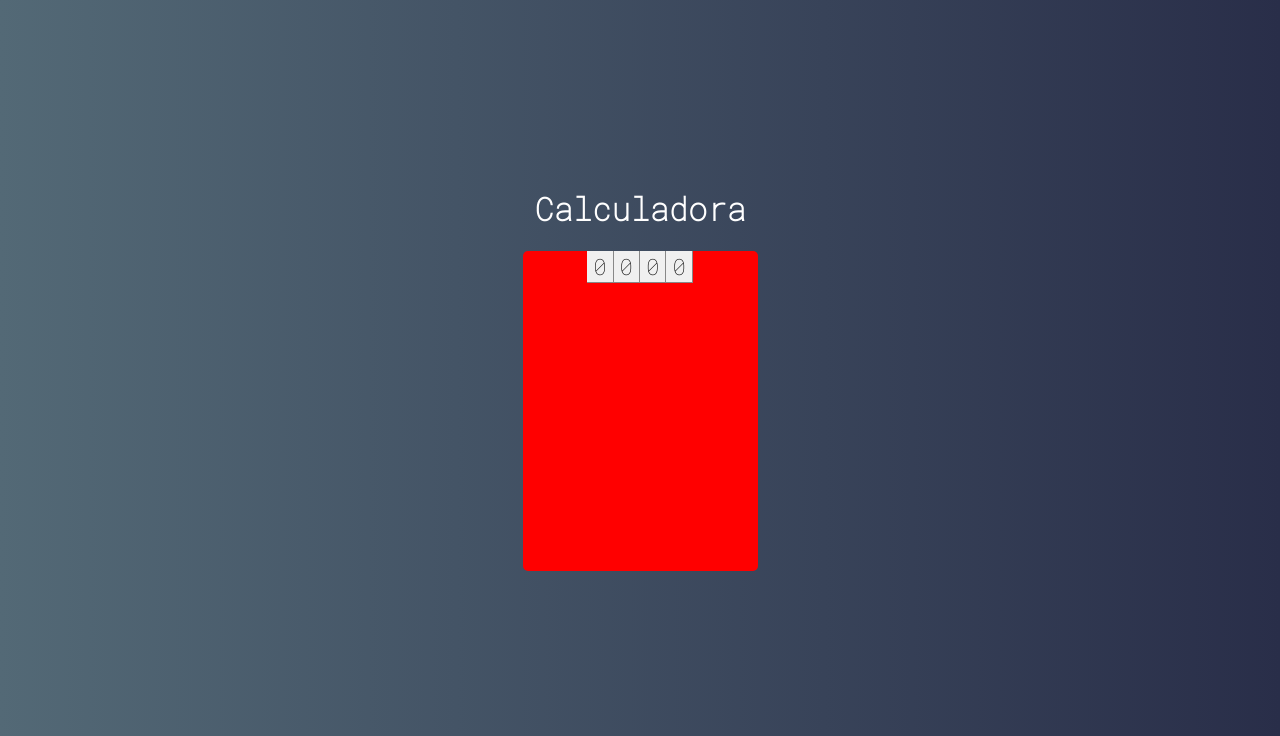
Repository: jean-siqueira/react-calculadora
Page: /
An editor plug-in stored every save of this project. The page is shown before and after the next save, followed by the edit.
The browser window is 1280 px wide. The pictures show the whole page.
The project was rebuilt for these pictures with package versions that can differ from the ones it lists, and the page was loaded fresh each time.

Above is the page before, as saved 2023-03-25 12:20:24.

### src/index.js
import React from "react";
import ReactDOM from "react-dom/client";
import "./index.css";
import Calculator from "./main/Calculator";
import reportWebVitals from "./reportWebVitals";

const root = ReactDOM.createRoot(document.getElementById("root"));
root.render(
  <React.StrictMode>
    <div>
      <h1>Calculadora</h1>
      <Calculator />
    </div>
  </React.StrictMode>
);

// If you want to start measuring performance in your app, pass a function
// to log results (for example: reportWebVitals(console.log))
// or send to an analytics endpoint. Learn more: https://bit.ly/CRA-vitals
reportWebVitals();

### src/index.css
@font-face {
  font-family: 'RobotoMono';
  src: url('./fonts/RobotoMono-Thin.ttf');
}

* {
  font-family: 'RobotoMono', monospace;
}

body {
  display: flex;
  height: 100vh;
  justify-content: center;
  align-items: center;
  text-align: center;
  color: #fff;
  background: linear-gradient(to right, rgb(83, 105, 118), rgb(41, 46, 73));
}

### src/main/Calculator.jsx
import React, {Component} from "react";
import './Calculator.css'
import Button from "../components/Button";

export default class Calculator extends Component {

    render() {
        return (
            <div className="calculator">
                <Button />
                <Button />
                <Button />
                <Button />
            </div>
        )
    }

}

### src/components/Button.jsx
import React from "react";
import './Button.css'

export default props =>
    <button className="button">0</button>

### src/components/Button.css
:root {
    --bg-button: #f0f0f0;
    --border-button: solid 1px #888
}

.button {
    font-size: 1.4em;
    background-color: var(--bg-button);
    border: none;
    border-right: var(--border-button);
    border-bottom: var(--border-button);
    outline: none;
}

Loaded but not shown: public/index.html (common file); src/reportWebVitals.js (common file); src/main/Calculator.css (common file)

After the next save:
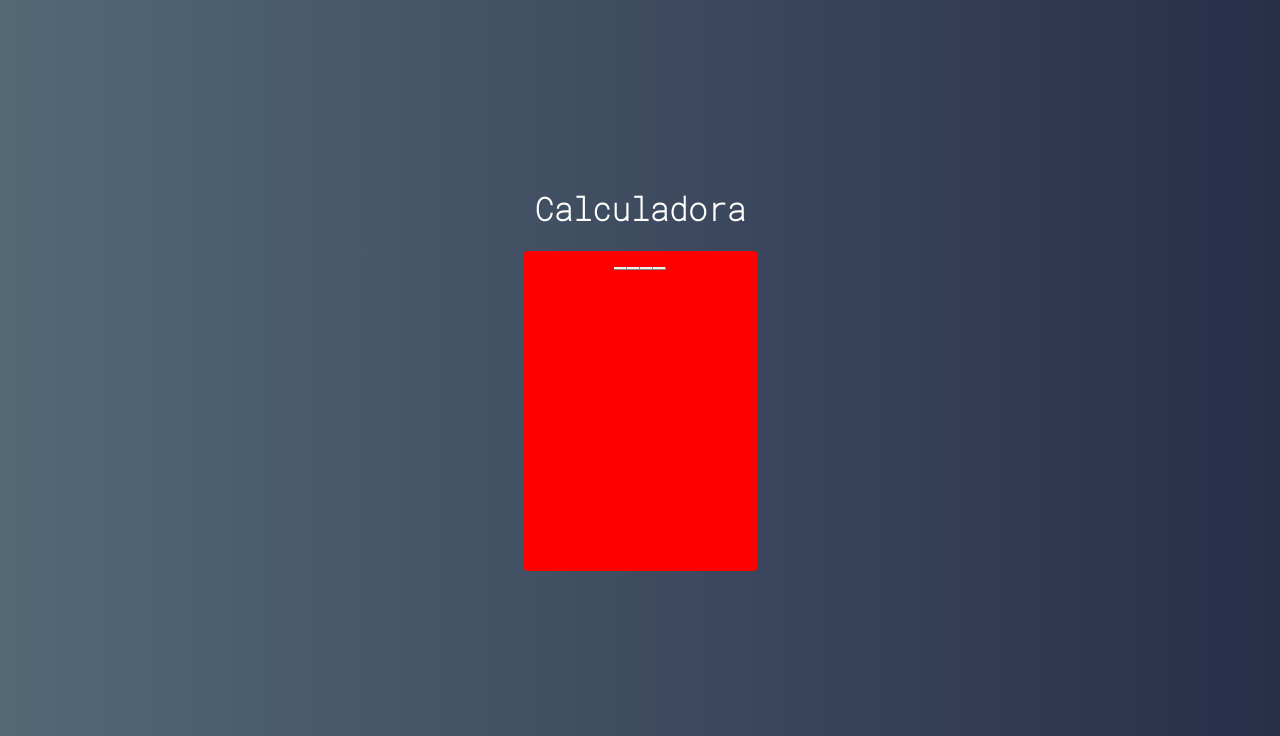
Saved 46 s later.
--- a/src/components/Button.jsx
+++ b/src/components/Button.jsx
@@ -2,4 +2,4 @@ import React from "react";
 import './Button.css'
 
 export default props =>
-    <button className="button">0</button>
+    <button className="button">{props.label}</button>
